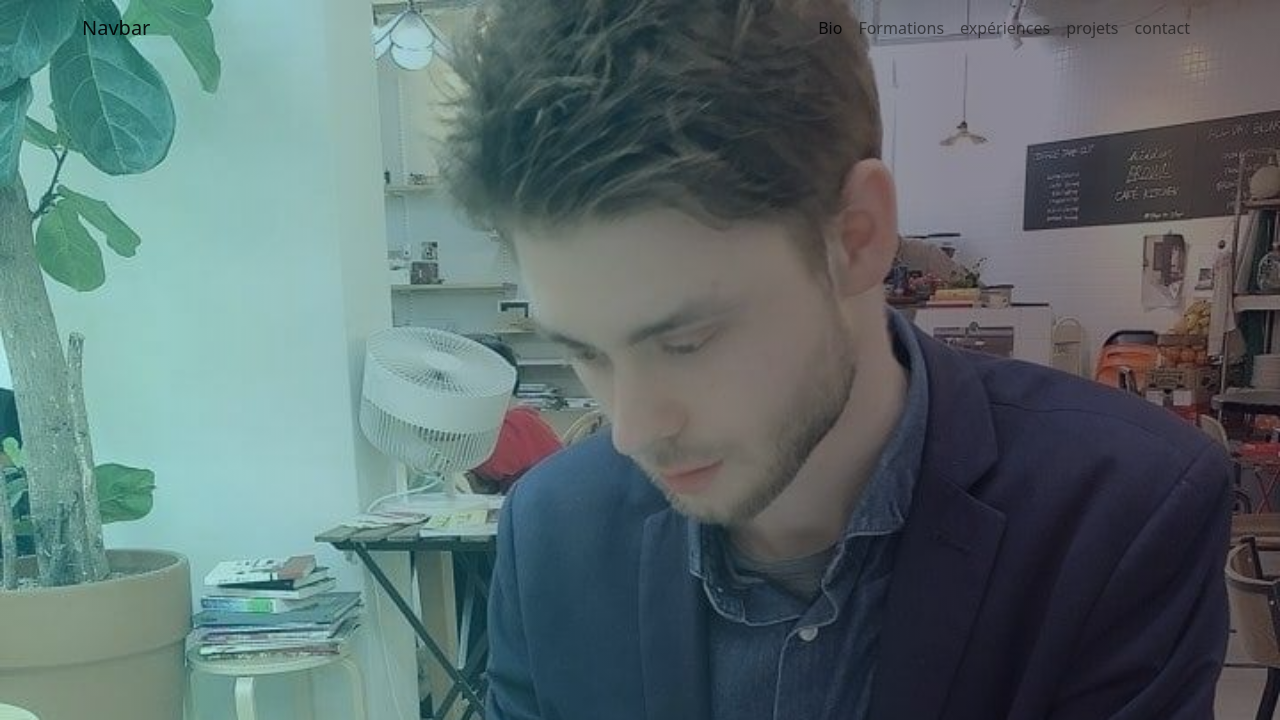
Repository: ypiard85/port-folio-bootstrap-yoann-2021
Page: index.html
These files come from the project's save history. The page is drawn as it stood at one moment and after a run of saves; the edit follows.
The browser window is 1280 px wide. The pictures show the whole page.

Above is the page before, as saved 2021-03-09 12:12:58.

### index.html
<!DOCTYPE html>
<html lang="en">
<head>
    <meta charset="UTF-8">
    <meta http-equiv="X-UA-Compatible" content="IE=edge">
    <meta name="viewport" content="width=device-width, initial-scale=1.0">
    <!-- CSS only -->
    <link rel="stylesheet" href="./resource/style.css">
<link href="https://cdn.jsdelivr.net/npm/bootstrap@5.0.0-beta2/dist/css/bootstrap.min.css" rel="stylesheet" integrity="sha384-BmbxuPwQa2lc/FVzBcNJ7UAyJxM6wuqIj61tLrc4wSX0szH/Ev+nYRRuWlolflfl" crossorigin="anonymous">
    <title>Document</title>
</head>
<body>

        <nav class="navbar position-fixed w-100 navbar-expand-lg navbar-light">
            <div class="container">
              <a class="navbar-brand" href="#">Navbar</a>
              <button class="navbar-toggler" type="button" data-bs-toggle="collapse" data-bs-target="#navbarNav" aria-controls="navbarNav" aria-expanded="false" aria-label="Toggle navigation">
                <span class="navbar-toggler-icon"></span>
              </button>
              <div class="collapse navbar-collapse" id="navbarNav">
                <ul class="navbar-nav">
                  <li class="nav-item">
                    <a class="nav-link active" aria-current="page" href="#bio">Bio</a>
                  </li>
                  <li class="nav-item">
                    <a class="nav-link" href="#formation">Formations</a>
                  </li>
                  <li class="nav-item">
                    <a class="nav-link" href="#experience">expériences</a>
                  </li>
                  <li class="nav-item">
                    <a class="nav-link" href="#projet">projets</a>
                  </li>
                  <li class="nav-item">
                    <a class="nav-link" href="#contact">contact</a>
                  </li>
                </ul>
              </div>
            </div>
          </nav>

          <header class="container-fluid">

          </header>

<!-- JavaScript Bundle with Popper -->
<script src="https://cdn.jsdelivr.net/npm/bootstrap@5.0.0-beta2/dist/js/bootstrap.bundle.min.js" integrity="sha384-b5kHyXgcpbZJO/tY9Ul7kGkf1S0CWuKcCD38l8YkeH8z8QjE0GmW1gYU5S9FOnJ0" crossorigin="anonymous"></script>
</body>
</html>

### resource/style.css
.navbar-collapse{
    flex-grow: 0!important;
}

header{
    height: 100vh;
    background: gray;
    background-image: linear-gradient(90deg, rgba(0,231,249,0.2780462526807598) 13%, rgba(0,4,24,0.4405112386751575) 74%), url('./image/yoann_study.jpg');
    background-repeat: no-repeat;
    background-size: cover;
    background-position: top center;
}

After the next 4 saves:
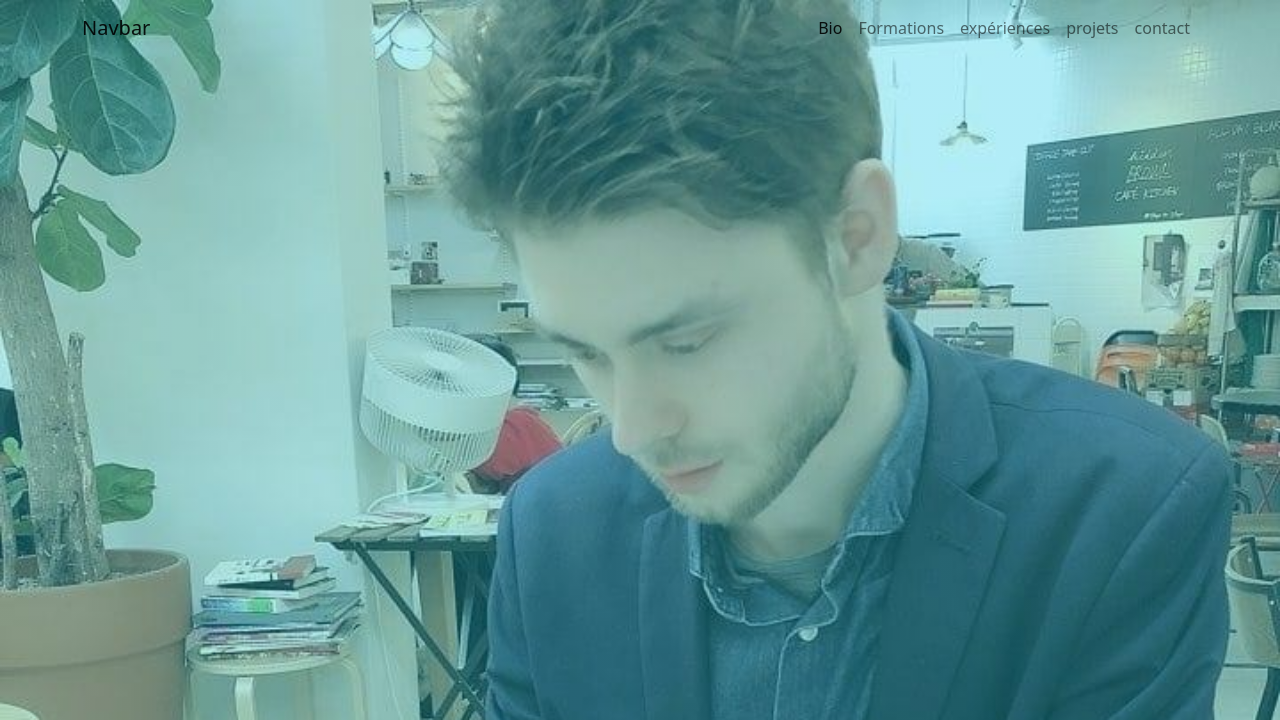
The 4 saves are shown as one change because they came seconds apart.
The last was saved 21 s later.
--- a/resource/style.css
+++ b/resource/style.css
@@ -5,7 +5,7 @@
 header{
     height: 100vh;
     background: gray;
-    background-image: linear-gradient(90deg, rgba(0,231,249,0.2780462526807598) 13%, rgba(0,4,24,0.4405112386751575) 74%), url('./image/yoann_study.jpg');
+    background-image: linear-gradient(90deg, rgba(0,231,249,0.2780462526807598) 100%, rgba(0,4,24,0.4405112386751575) 74%), url('./image/yoann_study.jpg');
     background-repeat: no-repeat;
     background-size: cover;
     background-position: top center;
